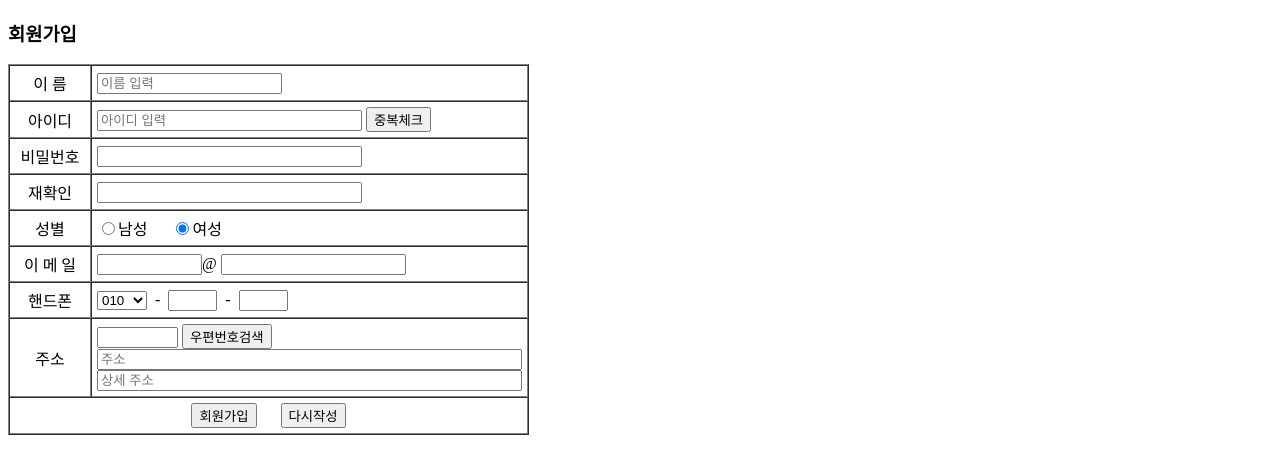
Repository: dahye1013/java-basic-learning
Page: http://localhost/memberJSP/member/writeForm.jsp
An editor plug-in stored every save of this project. The page is shown before and after the next save, followed by the edit.
The browser window is 1280 px wide. The pictures show the whole page.
The page is served by Tomcat 9. Other server files are loaded and not shown.

Above is the page before, as saved 2020-06-04 08:14:27.

### memberJSP/WebContent/member/writeForm.jsp
<%@ page language="java" contentType="text/html; charset=UTF-8"
    pageEncoding="UTF-8"%>
<!DOCTYPE html>

<html>
<head>
<meta charset="UTF-8">
<title>회원가입</title>
</head>
<body>
	<h3>회원가입</h3>
	<form name="writeForm" method="post" action="/memberServlet/WriteServlet">
		<table border="1" cellspacing="0" cellpadding="5">
			<tr>
				<!--1행-->
				<td width="70" align="center">이 름</td>
				<td><input type="text" name="name" id="name" placeholder="이름 입력" ></td>
			</tr>
			<tr>
				<!--2행-->
				<td width="70" align="center">아이디</td>
				<td><input type="text" name="id" placeholder="아이디 입력" size="30" onkeyup="inputIdChk()">
				<input type="button" value="중복체크" onclick="checkId()">
				<input type="hidden" name="idDuplication" value="idUncheck">
				</td>
			</tr>
			<tr>
				<!--3행-->
				<td width="70" align="center">비밀번호</td>
				<td><input type="password" name="pwd" size="30"></td>
			</tr>
			<tr>
				<!--4행-->
				<td width="70" align="center">재확인</td>
				<td><input type="password" name="repwd" size="30"></td>
			</tr>
			<tr>
				<!--5행-->
				<td align="center">성별</td>
				<td><label/><input type='radio' name='gender' value='0' />남성 &emsp;
					<label/><input type='radio' name='gender' value='1' checked />여성</td>
			</tr>
			<tr>
				<td align="center">이 메 일</td>
				<td><input type="text" name="email1" size="10">@
				<input type="email" name="email2" list="defaultEmails">
				<datalist id="defaultEmails">
						<option value="naver.com">
						<option value="gmail.com">
						<option value="hanmail.net">
					</datalist></td>
			</tr>
			<tr>
				<!--7행-->
				<td align="center">핸드폰</td>
				<td><select name="tel1" style="width: 50px">
						<option value="010">010</option>
						<option value="011">011</option>
						<option value="019">019</option>
				</select>
				&nbsp;-&nbsp;
				<input type="text" name="tel2" size="3">
				&nbsp;-&nbsp;
				<input type="text" name="tel3" size="3"></td>
			</tr>
			<tr>
				<!--8행-->
				<td width="70" align="center">주소</td>
				<td><input type="text" name="zipcode" id="zipcode" readonly size="7">
				<input type="button" value="우편번호검색" onclick="checkPost()"><br>
				<input type="text" name="addr1" id="addr1" placeholder="주소" size="50" readonly><br>
				<input type="text" name="addr2" id="addr2" placeholder="상세 주소" size="50" ></td>
			</tr>
			<tr>
				<!--9행-->
				<td colspan="2" align="center">
				<input type="button" value="회원가입" onclick="checkWriteForm()"> &emsp;
			    <input type="reset" value="다시작성">
				</td>
			</tr>
		</table>
	</form>
</body>
<script type="text/javascript" src="../js/member.js"> //http://localhost:8080/memberServlet/js/member.js
</script>
</html>

### memberJSP/WebContent/js/member.js
function checkWriteForm() {
	if(document.getElementById("name").value == ""){
		alert("이름을 입력하세요");
		document.writeForm.name.focus();
	}else if (document.writeForm.id.value == ""){
		alert("아이디를 입력하세요");
		document.writeForm.id.focus();
	}else if (document.writeForm.pwd.value == ""){
		alert("비밀번호를 입력하세요");
		document.writeForm.pwd.focus();
	}else if (document.writeForm.repwd.value == ""){
		alert("비밀번호 재입력하세요");
		document.writeForm.repwd.focus();
	}else if (document.writeForm.pwd.value != document.writeForm.repwd.value){
		alert("비밀번호가 일치하지 않습니다.");
	}else if(document.writeForm.idDuplication.value == "idUncheck"){
		alert("중복체크하십시오.");
	}else{
		alert("회원가입성공.");
		//document.writeForm.submit();
	}
}


function checkLoginForm() {
	if (document.loginForm.id.value == ""){
		alert("아이디를 입력하세요");
		document.loginForm.id.focus();
	}else if (document.loginForm.pwd.value == ""){
		alert("비밀번호를 입력하세요");
		document.loginForm.pwd.focus();
	}else
		alert("로그인 성공");
		//document.loginForm.submit();
}

function checkId(){
	let id = document.writeForm.id.value;
	if(id == ""){
		alert("아이디를 입력하세요");
	}else
		window.open("checkId.jsp?id="+id,"","width=300 height=100 location=yes")
}

function checkIdClose(id) {
		opener.writeForm.id.value = id;
		// 열려있는 창들 중에 WirteForm에서 id.value 값을 쥐어준다.
		opener.writeForm.idDuplication.value = "idCheck";
		window.close();
		opener.wrtieForm.pwd.focus();
	}


function checkPost(){
	window.open("checkPost.jsp" ,"", "width=500 height=500");
}

function inputIdChk(){
	//alert("idUnCheck로 변환");
	document.writeForm.idDuplication.value = "idUncheck";
}

function IdChk(){
	opener.writeForm.idDuplication.value = "idCheck";
}

function checkPost(){
	window.open("checkPost.jsp","","width+500 height=500 scrollbars=yes");
}

function checkPostClose(zipcode, address){
	opener.writeForm.zipcode.value = zipcode;
	opener.writeForm.addr1.value = address;
	window.close();

	opener.writeForm.addr2.focus();
}

After the next save:
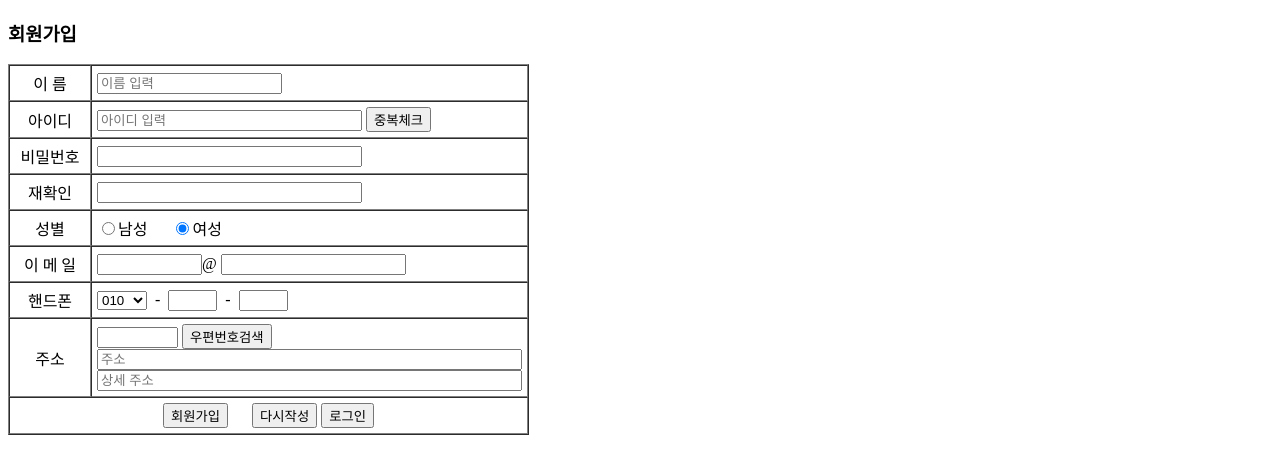
Saved 69 s later.
--- a/memberJSP/WebContent/member/writeForm.jsp
+++ b/memberJSP/WebContent/member/writeForm.jsp
@@ -76,6 +76,7 @@
 				<td colspan="2" align="center">
 				<input type="button" value="회원가입" onclick="checkWriteForm()"> &emsp;
 			    <input type="reset" value="다시작성">
+			     <input type="button" value="로그인" onclick=javascrpit:location.href='writeForm.jsp'>
 				</td>
 			</tr>
 		</table>
